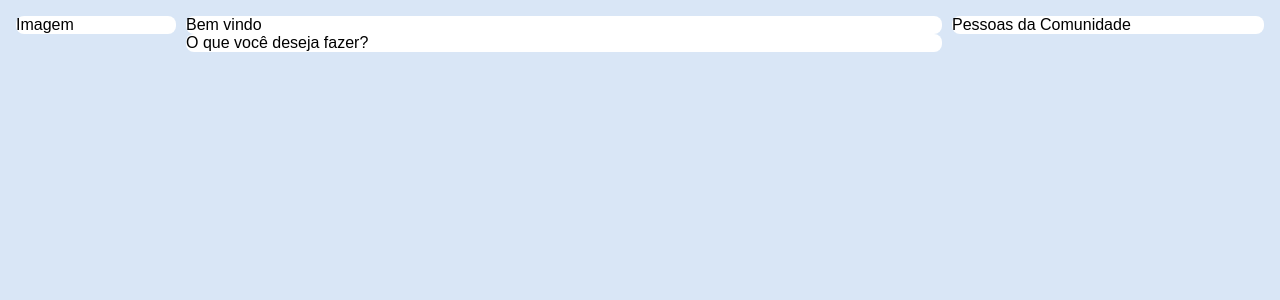
Repository: jminervino/alurakut
Page: /
These files come from the project's save history. The page is drawn as it stood at one moment and after the next save; the edit follows.
The browser window is 1280 px wide. The pictures show the whole page.
The project was rebuilt for these pictures with package versions that can differ from the ones it lists, and the page was loaded fresh each time. The framework's server and built-in components were replaced by stand-ins that run in the browser. Also part of the build but not shown: next.config.js.

Above is the page before, as saved 2022-03-24 10:56:47.

### pages/_app.js
import { createGlobalStyle, ThemeProvider } from 'styled-components'

const GlobalStyle = createGlobalStyle`
  /* Reset CSS*/
  *{
    margin: 0;
    padding: 0;
    box-sizing: border-box;
  }

  body {
    font-family: sans-serif;
    background-color: #D9E6F6;
  }

  #__next {
    display: flex;
    min-height: 100vh;
    flex-direction: column;
  }
`

const theme = {
  colors: {
    primary: '#0070f3',
  },
}

export default function App({ Component, pageProps }) {
  return (
    <>
      <GlobalStyle />
      <ThemeProvider theme={theme}>
        <Component {...pageProps} />
      </ThemeProvider>
    </>
  )
}

### pages/index.js
import styled from 'styled-components'

//const Title = styled.h1`
//  font-size: 50px;
//  color: ${({ theme }) => theme.colors.primary};
//`

const Box = styled.div`
  background: #ffffff;
  border-radius: 8px;
`;

const MainGrid = styled.main`
  width: 100%;
  display: grid;
  grid-gap: 10px;
  padding: 16px;
  .mid{

  }


  @media (min-width: 860px){
    grid-template-areas:
      "profileArea welcomeArea profileRelationsArea";
    grid-template-columns: 160px 1fr 312px;

    }
`

export default function Home() {
  return (
    <MainGrid>
      <div style={{ gridArea: 'profileArea' }}>
        <Box>
          Imagem
        </Box>
      </div>
      <div style={{ gridArea: 'welcomeArea' }}>
        <Box className='mid'>
          Bem vindo
        </Box>
        <Box className='mid'>
          O que você deseja fazer?
        </Box>
      </div>
      <div style={{ gridArea: 'profileRelationsArea' }}>
        <Box>
          Pessoas da Comunidade
        </Box>
      </div>
    </MainGrid>
  )
}

Loaded but not shown: pages/_document.js (common file)

After the next save:
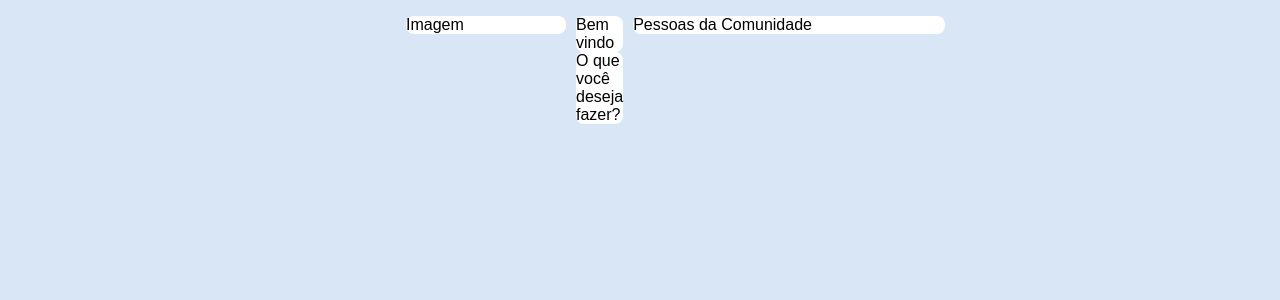
Saved 37 min 17 s later.
--- a/pages/index.js
+++ b/pages/index.js
@@ -12,12 +12,13 @@ const Box = styled.div`
 
 const MainGrid = styled.main`
   width: 100%;
+  grid-gap: 10px;
+  margin-left: auto;
+  margin-right: auto;
+  max-width: 500px;
   display: grid;
-  grid-gap: 10px;
   padding: 16px;
-  .mid{
 
-  }
 
 
   @media (min-width: 860px){
